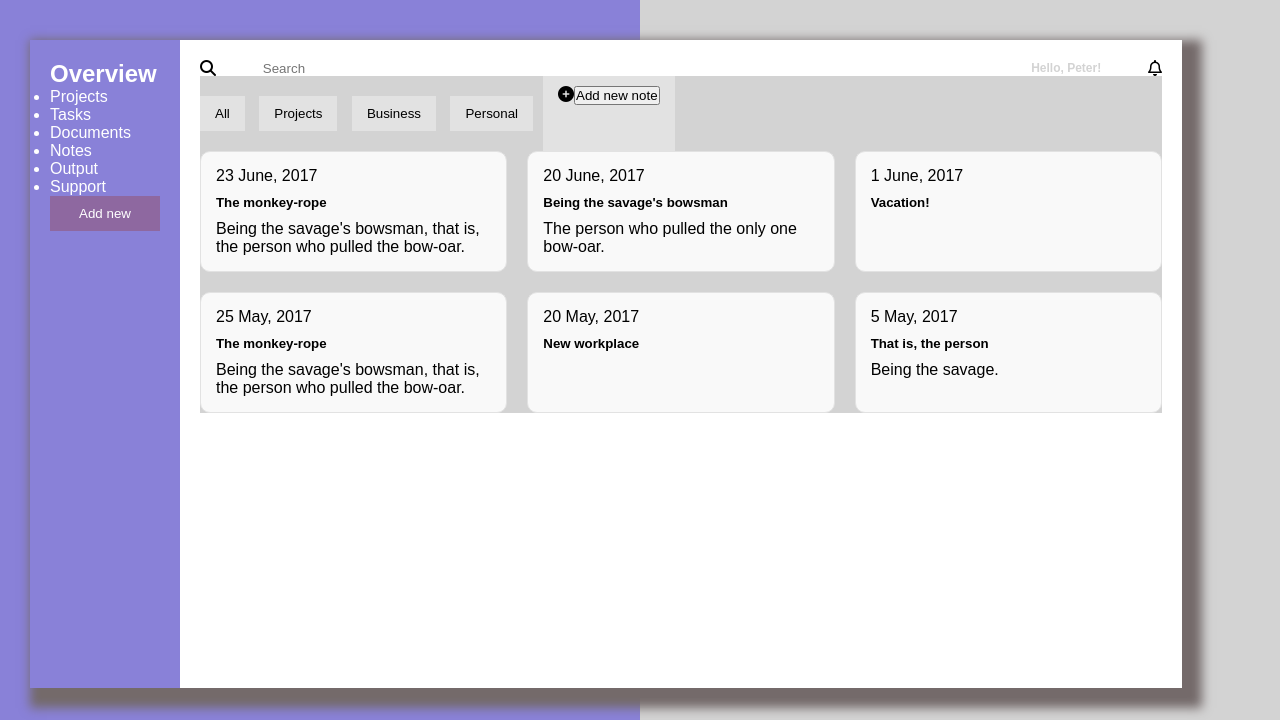
Repository: SatenikGabrielyan/HTML_CSS-_Assignment
Page: index.html
These files come from the project's save history. The page is drawn as it stood at one moment and after the next save; the edit follows.
The browser window is 1280 px wide. The pictures show the whole page.
Some web libraries are served in a nearby version.

Above is the page before, as saved 2025-03-17 21:11:45.

After the next save:
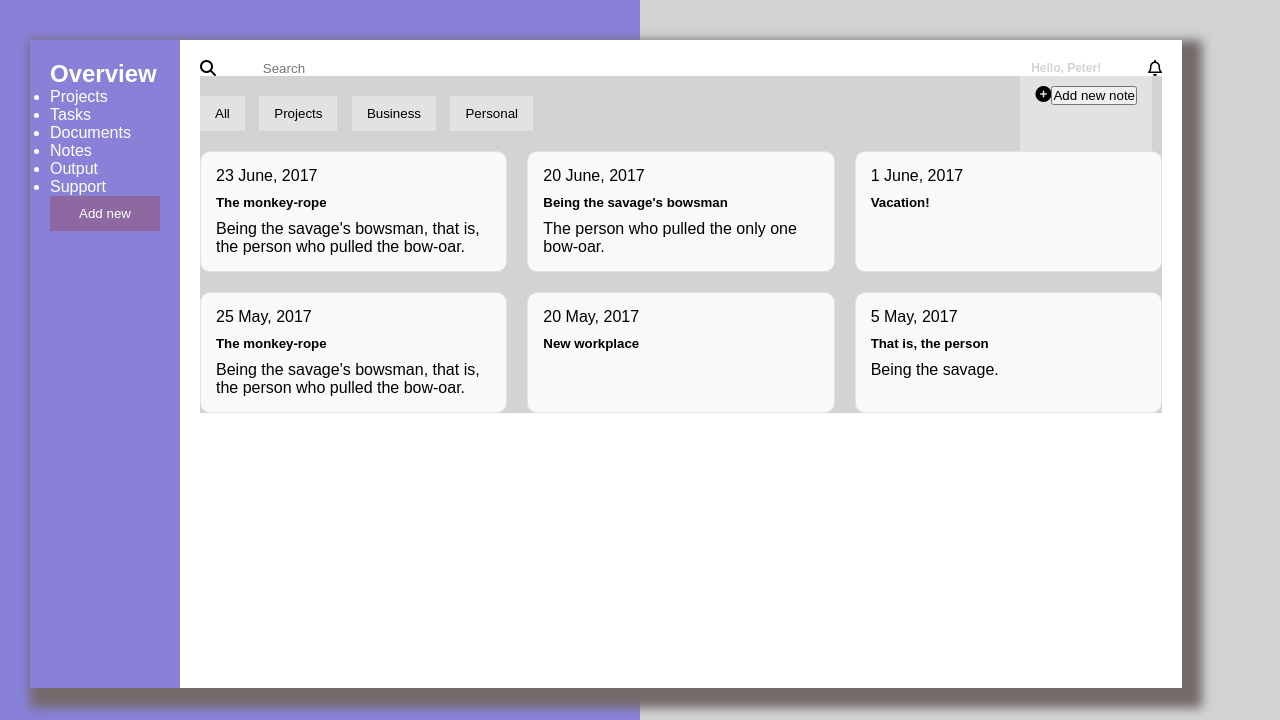
Saved 5 s later.
--- a/style.css
+++ b/style.css
@@ -305,7 +305,7 @@
 .but{
     display: flex;
     flex-direction: row;
-    justify-content: ;
+    justify-content: space-between;
 }
 .add {
     margin-right: 10px;
